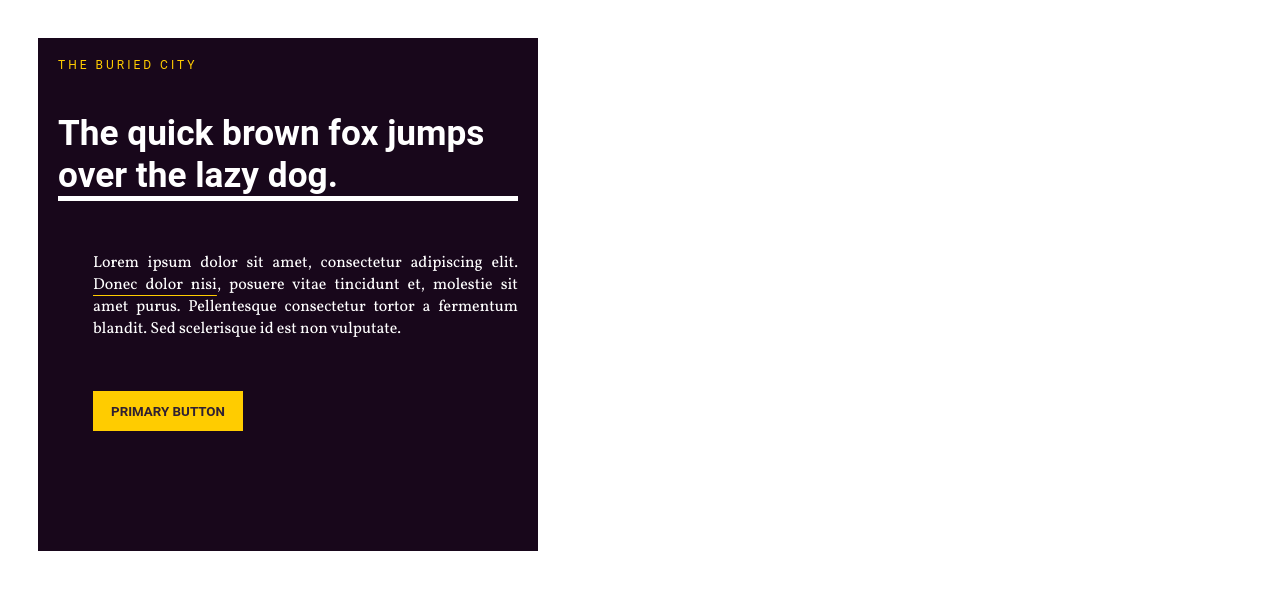
Repository: rafigabriel/TP2---Web-I
Page: ex03-css/index.html
These files come from the project's save history. The page is drawn as it stood at one moment and after the next save; the edit follows.
The browser window is 1280 px wide. The pictures show the whole page.

Above is the page before, as saved 2024-09-09 18:22:04.

### ex03-css/index.html
<!DOCTYPE html>
<html lang="pt-br">
    <head>
        <meta charset="UTF-8">
        <meta name="viewport" content="width=device-width, initial-scale=1.0">
        <title>Exercicio 3</title>
        <link rel="stylesheet" href="style.css">
        <link rel="preconnect" href="https://fonts.googleapis.com">
        <link rel="preconnect" href="https://fonts.gstatic.com" crossorigin>
        <link
            href="https://fonts.googleapis.com/css2?family=Roboto+Condensed:ital,wght@0,100..900;1,100..900&display=swap"
            rel="stylesheet">
        <link rel="preconnect" href="https://fonts.googleapis.com">
        <link rel="preconnect" href="https://fonts.gstatic.com" crossorigin>
        <link
            href="https://fonts.googleapis.com/css2?family=Vollkorn:ital,wght@0,400..900;1,400..900&display=swap"
            rel="stylesheet">

    </head>
    <body>
        <div id="container">
            <p id="secao">The buried city</p>
            <h1>The quick brown fox jumps over the lazy dog.</h1>
            <p>Lorem ipsum dolor sit amet, consectetur adipiscing elit. <a
                    id="link"
                    href="#">Donec dolor nisi</a>, posuere vitae tincidunt et,
                molestie sit amet purus. Pellentesque consectetur tortor a
                fermentum
                blandit. Sed scelerisque id est non vulputate.</p>
            <p>
                <button>Primary button</button>
            </p>

        </div>

    </body>
</html>

### ex03-css/style.css
body{
    width: 500px;
    color: #231900;
    padding: 30px;
}

#container{
    background-color: #18071B;
    padding: 20px;
}

h1{
    font-size: 2.2em;
    font-family: "Roboto", sans-serif;
    font-style: normal;
    font-weight: 700;
    color: white;
    margin-bottom: 0;
    margin-top: 40px;
    border-bottom: 5px solid white;
}
p{
    text-align: justify;
    padding: 35px;
    padding-right: 0;
    padding-bottom: 0;
    font-family: "Vollkorn", serif;
    font-weight: 400;
    font-style: normal;
    font-size: 1em;
    color: white;
}

#secao{
    padding: 0;
    font-family: "Roboto", sans-serif;
    font-style: normal;
    font-weight: 400;
    font-size: 0.75em;
    color: #FFCC00;
    letter-spacing: 0.25em;
    margin-top: auto;
    text-transform: uppercase;
}

#link{
    font-family: "Vollkorn", serif;
    font-weight: 400;
    color: white;
    text-decoration: underline;
    text-decoration-color: #FFCC00;
    text-decoration-thickness:1px ;
    text-underline-offset: 6px;
}

button{
    display: block;
    background-color: #FFCC00;
    color: #2F2032;
    width: 150px;
    height: 40px;
    border: none;
    font-weight: 700;
    margin-top: 0px;
    font-family: "Roboto", sans-serif;
    text-transform: uppercase;
    text-align: center;
    margin-bottom: 100px;
}

After the next save:
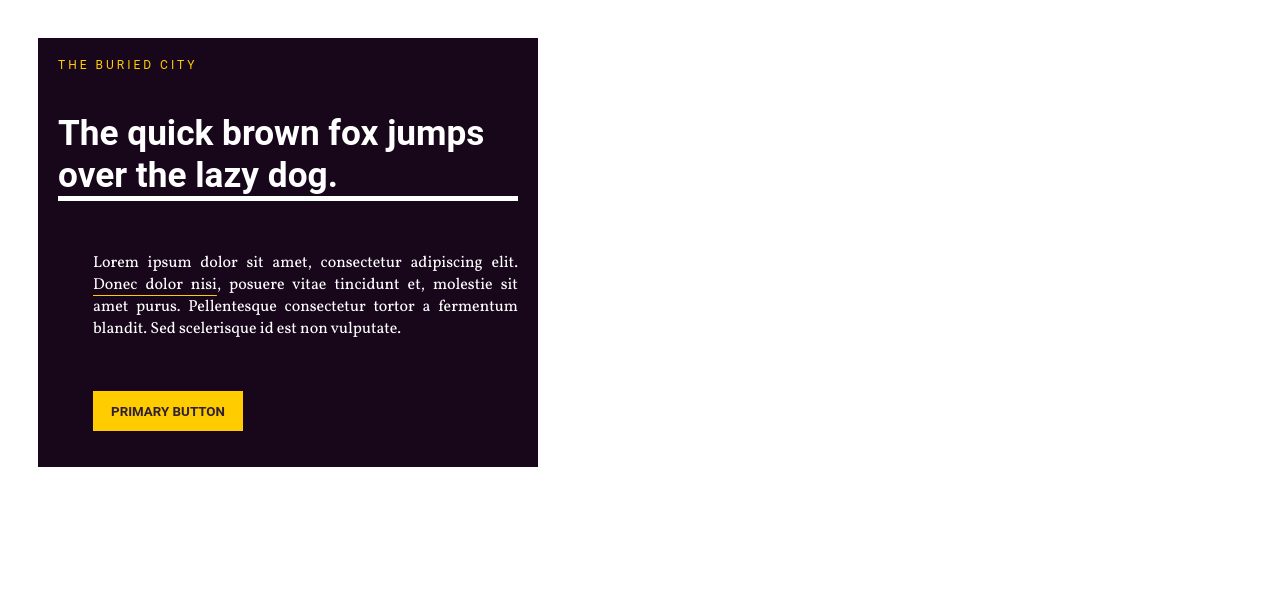
Saved 4 s later.
--- a/ex03-css/style.css
+++ b/ex03-css/style.css
@@ -65,5 +65,5 @@ button{
     font-family: "Roboto", sans-serif;
     text-transform: uppercase;
     text-align: center;
-    margin-bottom: 100px;
+    margin-bottom: 0px;
 }
